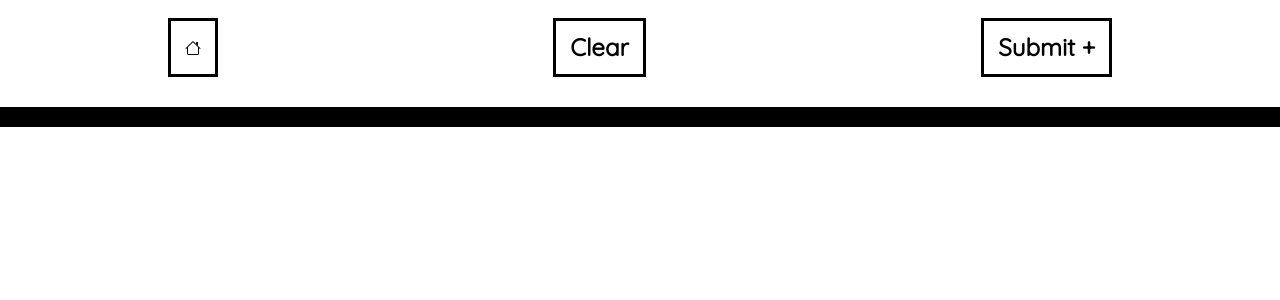
Repository: rickypcyt/WebMural
Page: /
An editor plug-in stored every save of this project. The page is shown before and after the next save, followed by the edit.
The browser window is 1280 px wide. The pictures show the whole page.
The project was rebuilt for these pictures with package versions that can differ from the ones it lists, and the page was loaded fresh each time.

Above is the page before, as saved 2022-09-12 13:24:52.

After the next save:
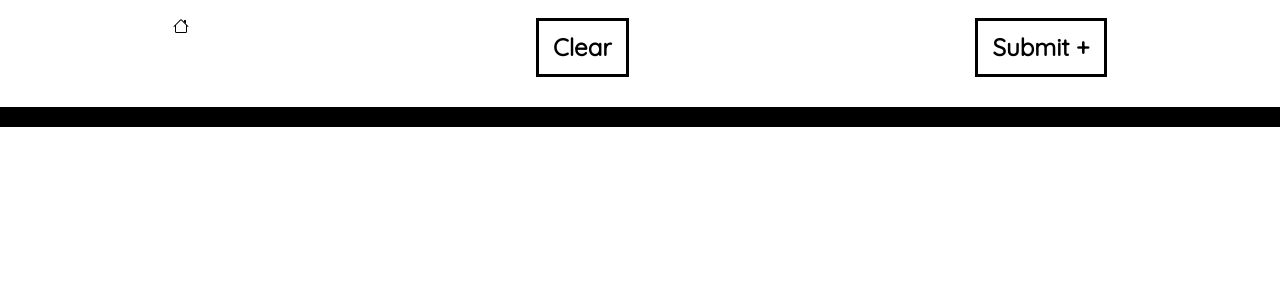
Saved 10 s later.
--- a/src/Pages/WebMural.js
+++ b/src/Pages/WebMural.js
@@ -30,7 +30,7 @@ const UploadAndDisplayImage = () => {
     <main>
       <nav className="cabeceranavi">
         <ol>
-          <div CustomLink to="/" className="oli">
+          <div CustomLink to="/" className="">
             <svg
               xmlns="http://www.w3.org/2000/svg"
               width="16"
